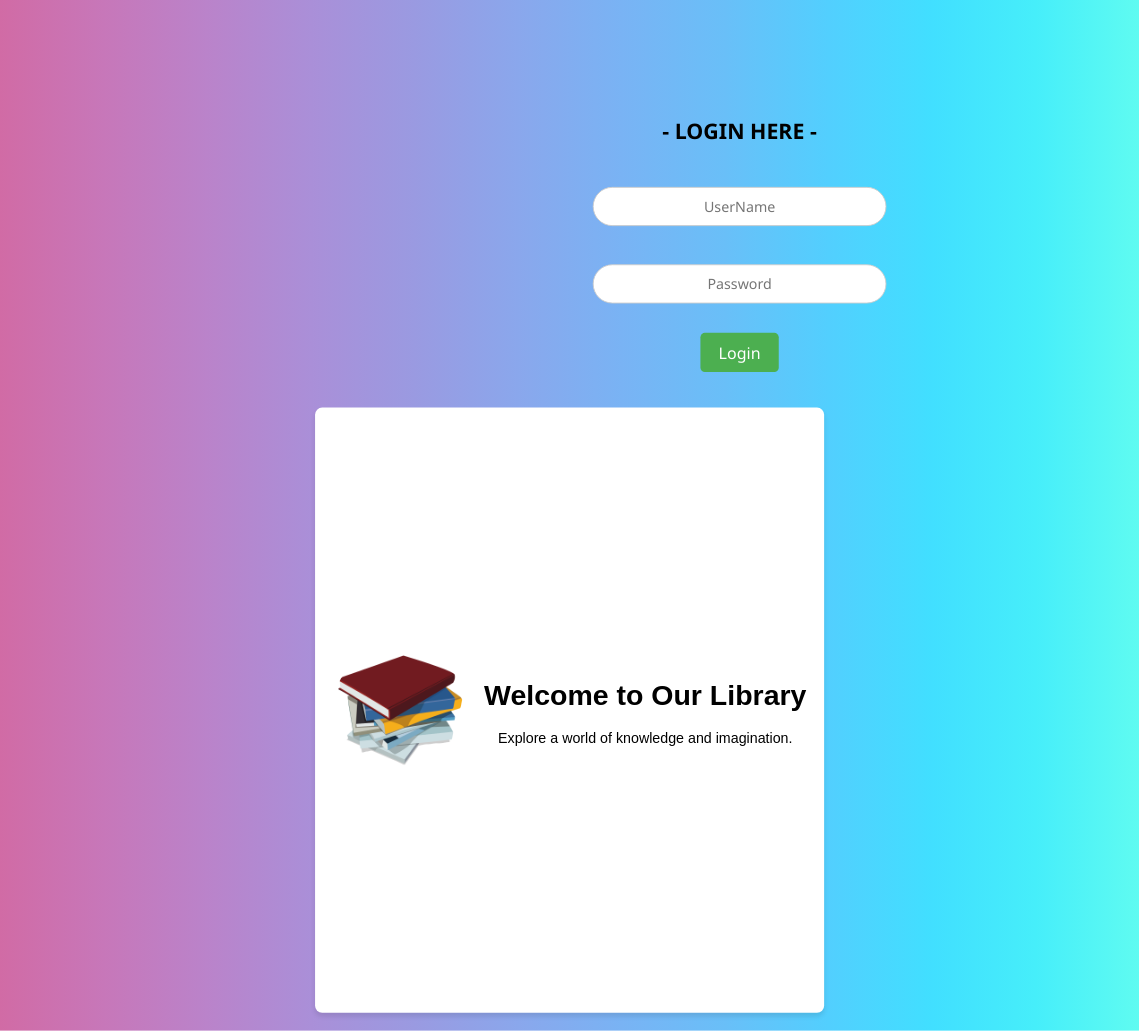
Repository: amitSai12/CMS
Page: http://localhost/LibraryManagementDemo/Login.jsp
These files come from the project's save history. The page is drawn as it stood at one moment and after the next save; the edit follows.
The browser window is 1280 px wide. The pictures show the whole page, at 89% of full size.
The page is served by Tomcat 9.

Above is the page before, as saved 2023-10-03 18:40:09.

After the next save:
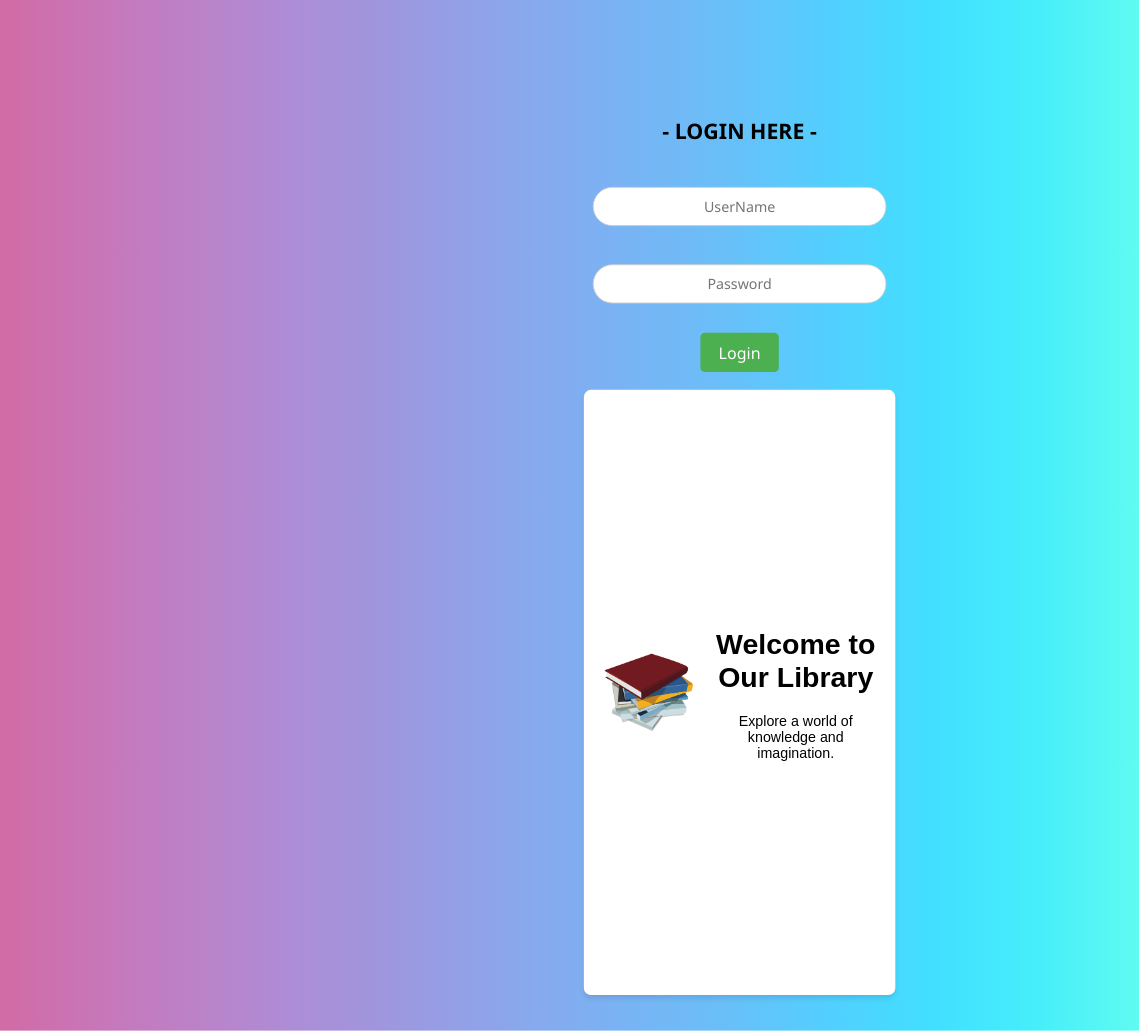
Saved 75 s later.
--- a/Day1_Thu/LibraryManagementDemo/src/main/webapp/Login.jsp
+++ b/Day1_Thu/LibraryManagementDemo/src/main/webapp/Login.jsp
@@ -13,16 +13,12 @@
 	<form method="post" action="Login.jsp">
 		<center>
 			<h2>- LOGIN HERE -</h2><br/>
-
 			<input type="text" name="userName" placeholder="UserName"/><br><br>
-
 			<input type="password" name="password" placeholder="Password"/><br><br>
 			<input type="submit" value="Login" />
 		</center>
 
-	</form>
-
-	 <div class="container">
+		 <div class="container">
         <div class="content">
             <img src="kisspng-book-clip-art-vector-books-5aa7e41834c997.8769820715209523442162.png" alt="Library" class="library-image">
             <div class="text">
@@ -31,6 +27,10 @@
             </div>
         </div>
     </div>
+
+	</form>
+
+
 
 	<c:if test="${param.userName!=null && param.password!=null }">
 
